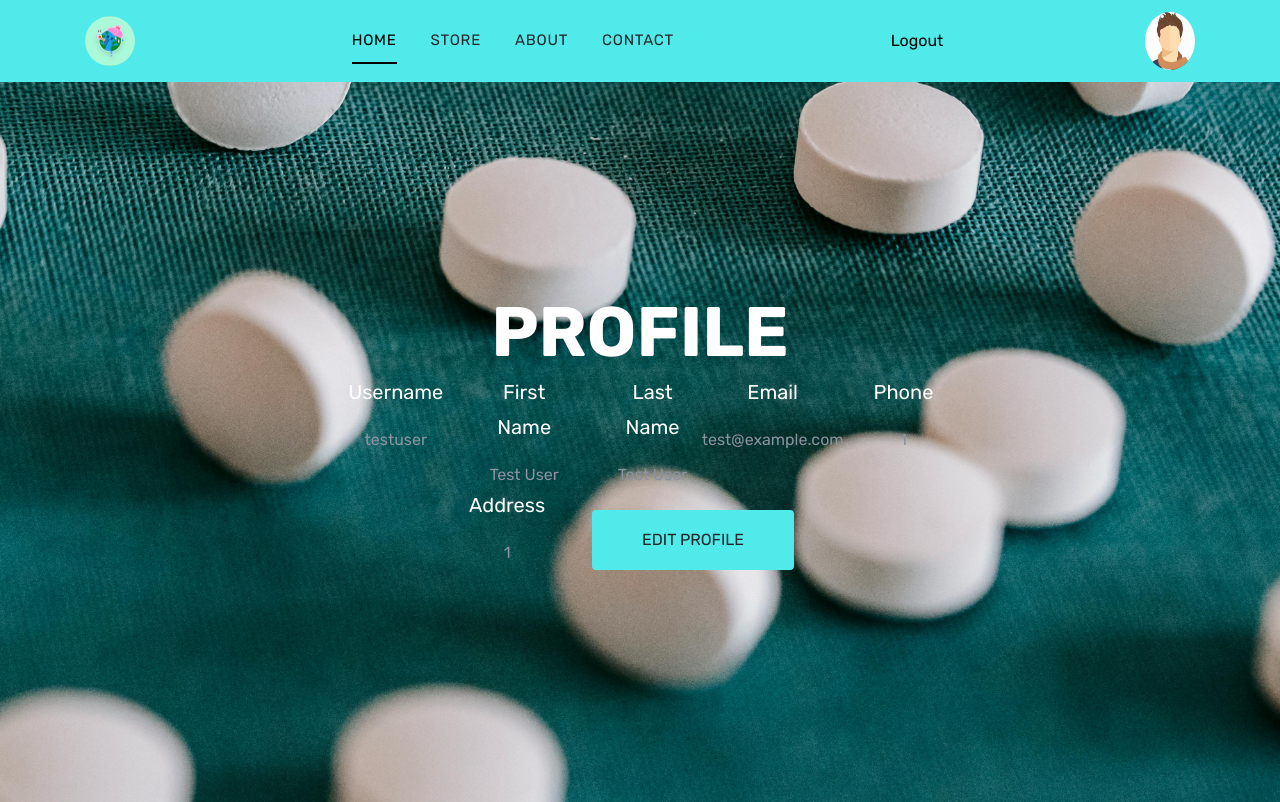
Repository: Argivist/Web-Doctor
Page: http://localhost/view/edit_profile.php
These files come from the project's save history. The page is drawn as it stood at one moment and after the next save; the edit follows.
The browser window is 1280 px wide. The pictures show the whole page.
Some web fonts or font styles are not loaded; a fallback is used. The page is run by PHP 8.4 with error messages shown; the project is at /var/www/html/. The session is filled in as if someone had signed in: {"id": 1, "username": "testuser", "fname": "Test User", "lname": "Test User", "email": "test@example.com", "phone": 1, "address": 1}. Other server files are loaded and not shown.

Above is the page before, as saved 2024-02-20 19:27:01.

### view/edit_profile.php
<?php
include "../settings/connection.php";
session_start();
// if (!isset($_SESSION['id'])) {
//     header("Location: ../login/login.php");
// }
?>
<!DOCTYPE html>
<html lang="en">

<head>
    <meta charset="UTF-8">
    <meta name="viewport" content="width=device-width, initial-scale=1.0">
    <title>Document</title>


    <link href="https://fonts.googleapis.com/css?family=Rubik:400,700|Crimson+Text:400,400i" rel="stylesheet">
    <link rel="stylesheet" href="fonts/icomoon/style.css">
    <link rel="stylesheet" href="../css/bootstrap.min.css">
    <link rel="stylesheet" href="../css/magnific-popup.css">
    <link rel="stylesheet" href="../css/jquery-ui.css">
    <link rel="stylesheet" href="../css/owl.carousel.min.css">
    <link rel="stylesheet" href="../css/owl.theme.default.min.css">
    <link rel="stylesheet" href="../css/style.css">
    <link rel="stylesheet" href="../css/aos.css">
</head>

<body>
    <div class="site-wrap">

        <!--Navigation Bar-->
        <div class="site-navbar bg-primary py-2">
            <div class="container">
                <div class="d-flex align-items-center justify-content-between">
                    <div class="logo">
                        <div class="site-logo">
                            <a href="home.php" class="js-logo-clone"><img src="../img/logo/logo.png" style="width:50px; border-radius:50px;" alt="logo" /></a>
                        </div>
                    </div>
                    <div class="main-nav d-lg-block">
                        <nav class="site-navigation text-right text-md-center" role="navigation">
                            <ul class="site-menu js-clone-nav d-lg-block">
                                <li class="active"><a href="home.php">Home</a></li>
                                <li><a href="shop.php">Store</a></li>
                                <li><a href="aboutus.html">About</a></li>
                                <li><a href="contact.html">Contact</a></li>
                            </ul>
                        </nav>
                    </div>
                    <?php
                    if (isset($_SESSION['id'])) {
                        echo "<div class='logout'><a href='../actions/logout.php'>Logout</a></div>";
                    } else {
                        echo "<div class='login'><a href='../login/login.php'>Sign in</a></div>";
                    } ?>
                    <div class="profile">
                        <a href="
                        <?php
                        if (isset($_SESSION['id'])) {
                            echo "profile.php";
                        } else {
                            echo "../login/login.php";
                        }
                        ?>
                        "><img src="
                        <?php
                        if (isset($_SESSION['id'])) {
                            echo "../img/profile.jpg";
                        } else {
                            echo "../img/default_profile.jpg";
                        }
                        ?>
                        " alt="Image" class="rounded-circle" style="width:50px; border-radius:50px;"></a>
                    </div>
                </div>
            </div>
        </div>

        <!--Main Content-->
        <!--Image By: Photo by Alex Green: https://www.pexels.com/photo/pile-of-white-spilled-pills-5699514/-->
        <div class="site-blocks-cover" style="background-image: url('../img/background/pharmacy_1.jpg');">
            <div class="container">
                <div class="row">
                    <div class="col-lg-7 mx-auto order-lg-2 align-self-center">
                        <div class="site-block-cover-content text-center">
                            <!--Profile page-->
                            <h1 class="mb-0">Profile</h1>
                            <div class="row justify-content-center">
                                <div class="row">
                                    <div class="col">
                                        <p>Username</p><?php
                                                        echo $_SESSION['username'];
                                                        ?>
                                    </div>
                                    <div class="col">
                                        <p>First Name</p><?php
                                                            echo $_SESSION['fname'];
                                                            ?>
                                    </div>
                                    <div class="col">
                                        <p>Last Name</p><?php
                                                        echo $_SESSION['lname'];
                                                        ?>
                                    </div>
                                </div>
                                <div class="row">
                                    <div class="col">
                                        <p>Email</p><?php
                                                    echo $_SESSION['email'];
                                                    ?>
                                    </div>
                                    <div class="col">
                                        <p>Phone</p><?php
                                                    echo $_SESSION['phone'];
                                                    ?>
                                    </div>
                                </div>
                                <div class="row">
                                    <div class="col">
                                        <p>Address</p><?php
                                                        echo $_SESSION['address'];
                                                        ?>
                                    </div>
                                    <div class="btn">
                                        <a href="edit_profile.php" class="btn btn-primary px-5 py-3">Edit Profile</a>
                                    </div>
                                </div>
                            </div>
                        </div>
                    </div>
                </div>
            </div>
</body>

</html>

### settings/connection.php
<?php
$server="localhost:3307";
$user="root";
$passwd="root";
$db="webdoc";

$conn=mysqli_connect($server,$user,$passwd,$db) or die("Connection failed :: ".$conn->error);
?>

Loaded but not shown: css/bootstrap.min.css (library); css/magnific-popup.css (library); css/jquery-ui.css (library); css/owl.carousel.min.css (common file); css/owl.theme.default.min.css (common file); css/aos.css (library); css/style.css (1125 lines, source omitted)

After the next save:
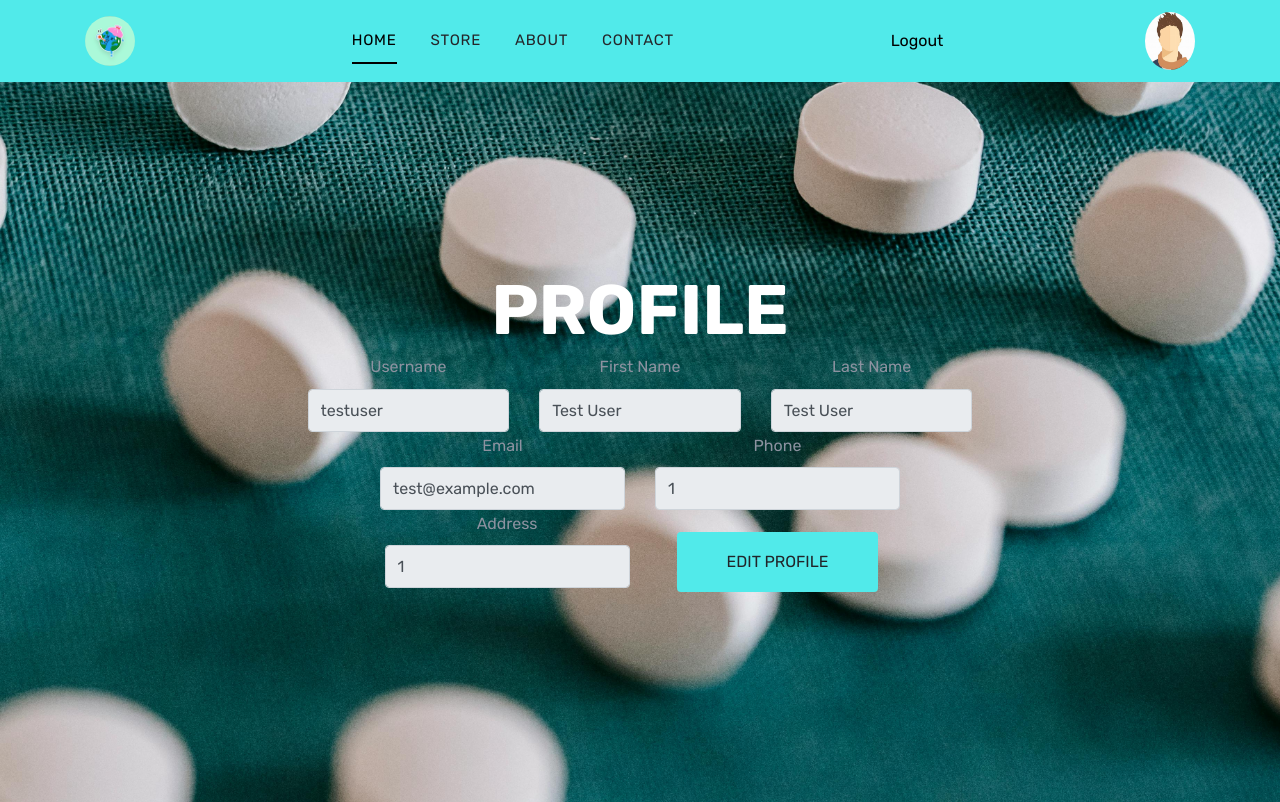
Saved 4 min 25 s later.
--- a/view/edit_profile.php
+++ b/view/edit_profile.php
@@ -88,38 +88,35 @@ session_start();
                             <div class="row justify-content-center">
                                 <div class="row">
                                     <div class="col">
-                                        <p>Username</p><?php
-                                                        echo $_SESSION['username'];
-                                                        ?>
+                                        <label for="uname">Username</label>
+                                        <input type="text" id="uname" name="uname" class="form-control" value="<?php echo $_SESSION['username']; ?>" disabled>
+
                                     </div>
                                     <div class="col">
-                                        <p>First Name</p><?php
-                                                            echo $_SESSION['fname'];
-                                                            ?>
+                                        <label for="fname">First Name</label>
+                                        <input type="text" id="fname" name="fname" class="form-control" value="<?php echo $_SESSION['fname']; ?>" disabled>
+
                                     </div>
                                     <div class="col">
-                                        <p>Last Name</p><?php
-                                                        echo $_SESSION['lname'];
-                                                        ?>
+                                        <label for="lname">Last Name</label>
+                                        <input type="text" id="lname" name="lname" class="form-control" value="<?php echo $_SESSION['lname']; ?>" disabled>
                                     </div>
                                 </div>
                                 <div class="row">
                                     <div class="col">
-                                        <p>Email</p><?php
-                                                    echo $_SESSION['email'];
-                                                    ?>
+                                        <label for="email">Email</label>
+                                        <input type="text" id="email" name="email" class="form-control" value="<?php echo $_SESSION['email']; ?>" disabled>
+
                                     </div>
                                     <div class="col">
-                                        <p>Phone</p><?php
-                                                    echo $_SESSION['phone'];
-                                                    ?>
+                                        <label for="phone">Phone</label>
+                                        <input type="text" id="phone" name="phone" class="form-control" value="<?php echo $_SESSION['phone']; ?>" disabled>
                                     </div>
                                 </div>
                                 <div class="row">
                                     <div class="col">
-                                        <p>Address</p><?php
-                                                        echo $_SESSION['address'];
-                                                        ?>
+                                        <label for="address">Address</label>
+                                        <input type="text" id="address" name="address" class="form-control" value="<?php echo $_SESSION['address']; ?>" disabled>
                                     </div>
                                     <div class="btn">
                                         <a href="edit_profile.php" class="btn btn-primary px-5 py-3">Edit Profile</a>
